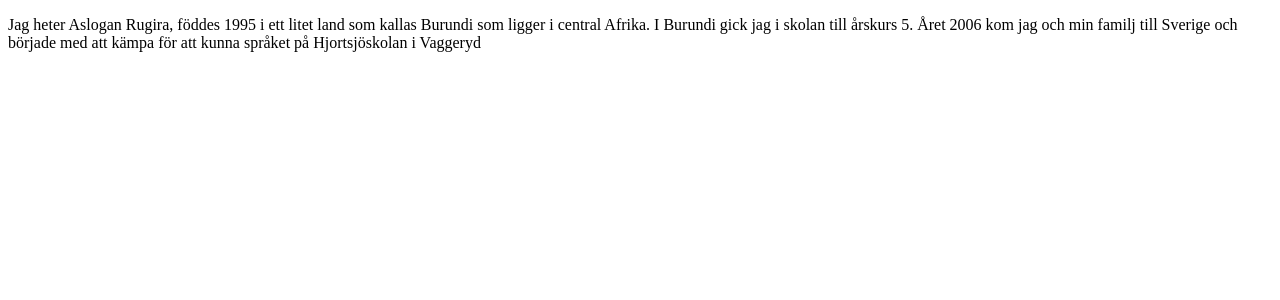
Repository: ar222rk/1IK415-ar222rk-Laboration
Page: pages/Presentation.html
The author's editor kept a record of every edit. The page is drawn from the files as they stood at one moment, then again after the next edit.
The browser window is 1280 px wide. The pictures show the whole page.

Above is the page before.

After the next edit:
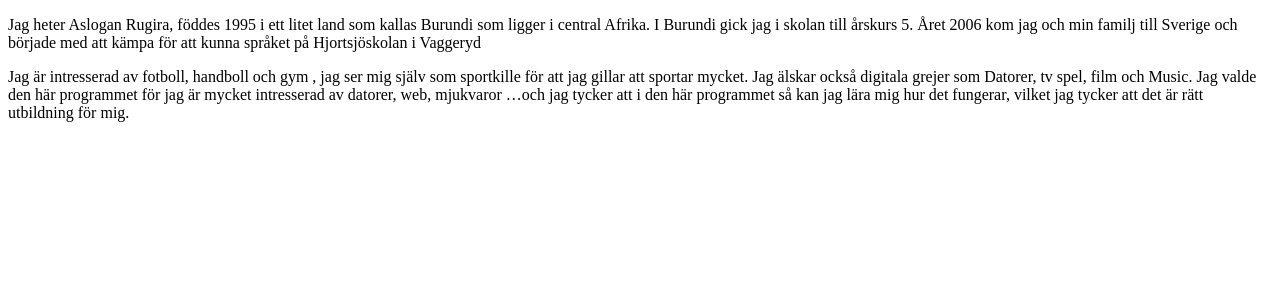
The edit:
--- a/pages/Presentation.html
+++ b/pages/Presentation.html
@@ -7,7 +7,11 @@
         <p>Jag heter Aslogan Rugira, föddes 1995 i ett litet land som kallas Burundi som ligger i
         central Afrika. I Burundi gick jag i skolan till årskurs 5.
         Året 2006 kom jag och min familj till Sverige och
-        började med att kämpa för att kunna språket på Hjortsjöskolan i Vaggeryd
+        började med att kämpa för att kunna språket på Hjortsjöskolan i Vaggeryd</p>
+        Jag är intresserad av fotboll, handboll och gym , jag ser mig själv som sportkille för att jag gillar att sportar mycket. Jag älskar också digitala grejer som Datorer,
+        tv spel, film och Music. Jag valde den här programmet för jag är mycket intresserad av
+        datorer, web, mjukvaror …och jag tycker att i den här programmet så kan jag lära mig hur det fungerar,
+        vilket jag tycker att det är rätt utbildning för mig.
 
     </body>
 
